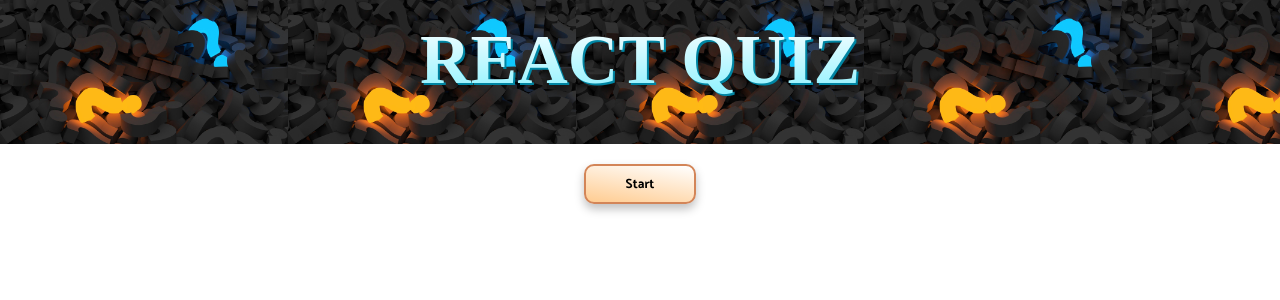
Repository: KrzysKolo/quizAPP
Page: /
The author's editor kept a copy of each file at every save. The page is drawn from the files as they stood at one save, then again after the next save.
The browser window is 1280 px wide. The pictures show the whole page.
The project was rebuilt for these pictures with package versions that can differ from the ones it lists, and the page was loaded fresh each time. Also part of the build but not shown: src/components/QuestionCard.style.ts, src/components/QuestionCard.tsx.

Above is the page before, as saved 2021-04-25 00:21:04.

### public/index.html
<!DOCTYPE html>
<html lang="en">
  <head>
    <meta charset="utf-8" />
    <link rel="icon" href="%PUBLIC_URL%/favicon.ico" />
    <meta name="viewport" content="width=device-width, initial-scale=1" />
    <meta name="theme-color" content="#000000" />
    <meta
      name="description"
      content="Web site created using create-react-app"
    />
    <link rel="apple-touch-icon" href="%PUBLIC_URL%/logo192.png" />
    <!--
      manifest.json provides metadata used when your web app is installed on a
      user's mobile device or desktop. See https://developers.google.com/web/fundamentals/web-app-manifest/
    -->
    <link rel="manifest" href="%PUBLIC_URL%/manifest.json" />
    <!--
      Notice the use of %PUBLIC_URL% in the tags above.
      It will be replaced with the URL of the `public` folder during the build.
      Only files inside the `public` folder can be referenced from the HTML.

      Unlike "/favicon.ico" or "favicon.ico", "%PUBLIC_URL%/favicon.ico" will
      work correctly both with client-side routing and a non-root public URL.
      Learn how to configure a non-root public URL by running `npm run build`.
    -->
    <link rel="preconnect" href="https://fonts.gstatic.com">
<link href="https://fonts.googleapis.com/css2?family=Catamaran:wght@700&family=Roboto&display=swap" rel="stylesheet">
    <title>Quiz App</title>
  </head>
  <body>
    <noscript>You need to enable JavaScript to run this app.</noscript>
    <div id="root"></div>
    <!--
      This HTML file is a template.
      If you open it directly in the browser, you will see an empty page.

      You can add webfonts, meta tags, or analytics to this file.
      The build step will place the bundled scripts into the <body> tag.

      To begin the development, run `npm start` or `yarn start`.
      To create a production bundle, use `npm run build` or `yarn build`.
    -->
  </body>
</html>

### src/App.tsx
import React, { useState } from 'react'
import QuestionCard from './components/QuestionCard';
import { fetchQuizQuestions } from './API';
import { QuestionState, Difficulty } from './API';
import { GlobalStyle, Wrapper } from './App.style';

export interface AnswerObject  {
  question: string;
  answer: string;
  correct: boolean;
  correctAnswer: string;
}

const TOTAL_QUESTIONS = 10;

const App = () => {
  const [loading, setLoading] = useState(false);
  const [questions, setQuestions] = useState<QuestionState[]>([]);
  const [number, setNumber] = useState(0);
  const [userAnswers, setUserAnswers] = useState<AnswerObject[]>([]);
  const [score, setScore] = useState(0);
  const [gameOver, setGameOver] = useState(true);

  console.log(questions);

  const startTrivia = async () => {
    setLoading(true);
    setGameOver(false);

    const newQuestions = await fetchQuizQuestions(
      TOTAL_QUESTIONS,
      Difficulty.EASY
    );

    setQuestions(newQuestions);
    setScore(0);
    setUserAnswers([]);
    setNumber(0);
    setLoading(false);
  };


  const checkAnswer = (e: React.MouseEvent<HTMLButtonElement>) => {
    if (!gameOver) {
      const answer = e.currentTarget.value;
      const correct = questions[number].correct_answer === answer;
      if (correct) setScore(prev => prev + 1);
      const answerObject = {
        question: questions[number].question,
        answer,
        correct,
        correctAnswer: questions[number].correct_answer,
      }
      setUserAnswers((prev) => [...prev, answerObject])
    }
  };
  const nextQuestion = () => {
    const nextQuestion = number + 1;
    if (nextQuestion === TOTAL_QUESTIONS) {
      setGameOver(true);
    } else {
      setNumber(nextQuestion);
    }

  };

  return (
    <>
      <GlobalStyle />
      <Wrapper>
        <section className="header">
          <h1>REACT QUIZ</h1>
        </section>
      {gameOver || userAnswers.length === TOTAL_QUESTIONS ? (
        <button className="start" onClick={startTrivia}>
          Start
        </button>
      ): null}
      { !gameOver ? <p className="score">Score: {score} </p> : null}
      { loading && <p >Loading Questions... </p>  }
      { !loading && !gameOver && (<QuestionCard
        questionNr={number + 1}
        totalQuestions={TOTAL_QUESTIONS}
        question={questions[number].question}
        answers={questions[number].answers}
        userAnswer={userAnswers ? userAnswers[number] : undefined}
        callback={checkAnswer}

      />)}
      {!gameOver && !loading && userAnswers.length === number + 1 && number !== TOTAL_QUESTIONS - 1 ? (
          <button className='next' onClick={nextQuestion}>
            Next Question
          </button>
        ) : null}
      </Wrapper>
      </>
  )
}

export default App

### src/API.ts
import { shuffleArray } from './utils';
export interface Question  {
  category: string;
  correct_answer: string;
  difficulty: string;
  incorrect_answers: string[];
  question: string;
  type: string;
};

export enum Difficulty {
  EASY = "easy",
  MEDIUM = "medium",
  HARD = "hard",
}

export type QuestionState = Question & { answers: string[] };

export const fetchQuizQuestions = async (amount: number, difficulty: Difficulty): Promise<QuestionState[]> => {
  const request = `https://opentdb.com/api.php?amount=${amount}&difficulty=${difficulty}&type=multiple`;
 console.log(request)
  const data = await (await fetch(request)).json();
  return data.results.map((question: Question) => ({
    ...question,
    answers: shuffleArray([...question.incorrect_answers, question.correct_answer])
  }))
};

### src/App.style.ts
import styled, { createGlobalStyle } from 'styled-components';

import BGImage from './images/question-mark-2492009_1920.jpg';

export const GlobalStyle = createGlobalStyle`
  html {
    height: 100vh;

  }

    body {

      margin: 0;
      padding: 0 20px;
      display: flex;
      justify-content: center;
    }
    *{
      box-sizing: border-box;
      font-family: 'Catamaran', sans-serif;

    }
`;

export const Wrapper = styled.div`
  display: flex;
  flex-direction: column;
  align-items: center;
  .header {
    background-image: url(${BGImage});
    background-size: contain;
    height: 20vh;
    width: 100vw;
  }
  > p {
    color: #fff;
  }
  .score {
    color: #fff;
    font-size: 2rem;
    margin: 0;
  }
  h1 {
    font-family: Fascinate Inline;
    background-image: linear-gradient(180deg, #fff, #87f1ff);
    background-size: 100%;
    background-clip: text;
    -webkit-background-clip: text;
    -webkit-text-fill-color: transparent;
    -moz-background-clip: text;
    -moz-text-fill-color: transparent;
    filter: drop-shadow(2px 2px #0085a3);
    font-size: 70px;
    text-align: center;
    margin: 20px;
  }
  .start, .next {
    cursor: pointer;
    background: linear-gradient(189deg, #fff, #ffcc91);
    border: 2px solid #d38558;
    box-shadow: 0px 5px 10px rgba(0, 0, 0, .25);
    border-radius: 10px;
    height: 40px;
    margin: 20px 0;
    padding: 0 40px;
  }
  .start {
    max-width: 200px;
  }
`;

### src/utils.ts
export const shuffleArray = (array: any[]) =>
[...array].sort(() => Math.random() - 0.5)

Loaded but not shown: src/index.tsx (common file); src/index.css (common file)

After the next save:
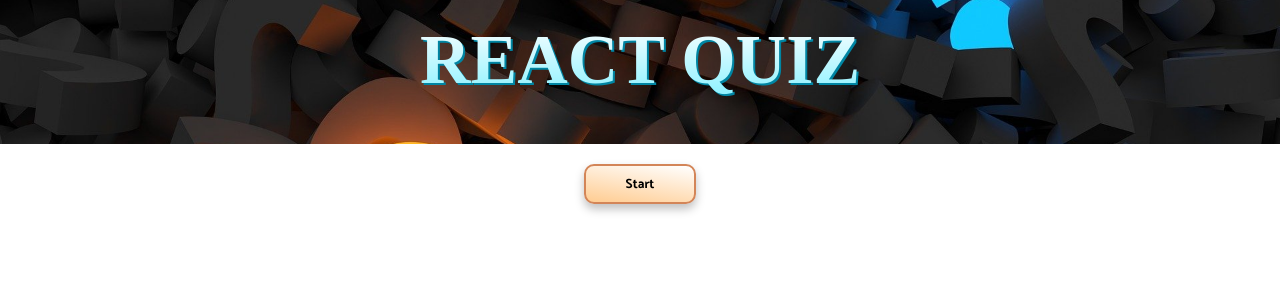
Saved 33 s later.
--- a/src/App.style.ts
+++ b/src/App.style.ts
@@ -28,7 +28,8 @@ export const Wrapper = styled.div`
   align-items: center;
   .header {
     background-image: url(${BGImage});
-    background-size: contain;
+    background-size: cover;
+    background-position: center;
     height: 20vh;
     width: 100vw;
   }
